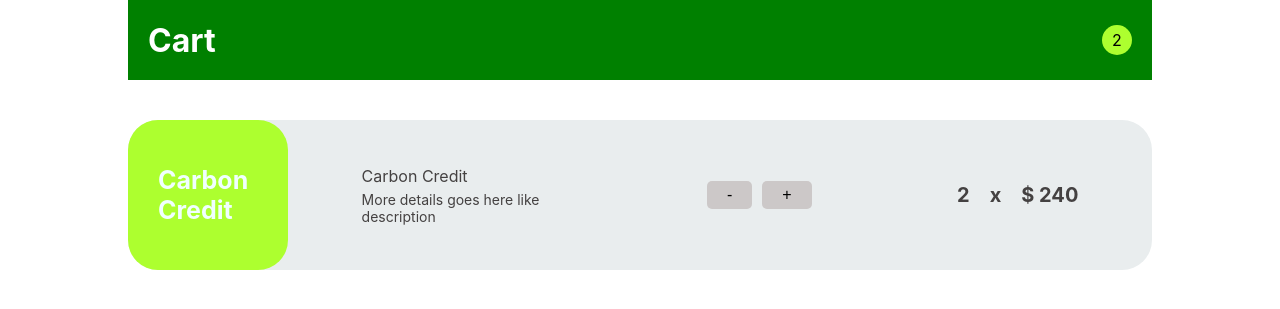
Repository: Yowani24/CarbonApp
Page: /cart
An editor plug-in stored every save of this project. The page is shown before and after the next save, followed by the edit.
The browser window is 1280 px wide. The pictures show the whole page.
The project was rebuilt for these pictures with package versions that can differ from the ones it lists, and the page was loaded fresh each time. The framework's server and built-in components were replaced by stand-ins that run in the browser. Also part of the build but not shown: next.config.js.

Above is the page before, as saved 2021-09-26 20:56:17.

### pages/_app.js
import '../styles/globals.css'
import Cart from './cart';

function MyApp({ Component, pageProps }) {
  return (
    <>
      <Component {...pageProps} />
    </>
  );
}

export default MyApp

### pages/cart/index.js
import React from 'react';
import Head from 'next/head'

import styles from './Cart.module.css'

export default function Cart(props) {
    return (
        <>
          <Head>
              <title>Cart</title>
          </Head>
          <header>
              <div className={styles.interface}>
                    <div className={styles.header_content}>
                        <h1>Cart</h1>
                        <p>2</p>
                    </div>
              </div>
          </header>

          <section>
              <div className={styles.interface}>
                  <div className={styles.boxes}>
                      <div className={styles.content_box}>
                          <div className={styles.box}>
                              <h3>Carbon Credit</h3>
                          </div>

                          <div className={styles.product_details}>
                            <div className={styles.description}>
                                <p>Carbon Credit</p>
                                <p>More details goes here like description</p>
                            </div>

                            <div className={styles.quantity_controls}>
                                <button>-</button>
                                <button>+</button>
                            </div>

                            <div className={styles.current_money}>
                                <p>2</p>
                                <span>x</span>
                                <p>$ 240</p>
                            </div>
                          </div>
                      </div>
                  </div>
              </div>
          </section>
        </>
    )
}

### styles/globals.css
html,
body {
  padding: 0;
  margin: 0;
  font-family: -apple-system, BlinkMacSystemFont, Segoe UI, Roboto, Oxygen,
    Ubuntu, Cantarell, Fira Sans, Droid Sans, Helvetica Neue, sans-serif;
}

a {
  color: inherit;
  text-decoration: none;
}

* {
  margin: 0;
  box-sizing: border-box;
}

### pages/cart/Cart.module.css
.interface{
    width: 80%;
    margin: 0 auto;
}
.header_content{
    display: flex;
    justify-content: space-between;
    align-items: center;
    height: 80px;
    padding: 0 20px;
    background: green;
}
.header_content h1{
    color: #FFFFFF;
}
.header_content p{
    background: greenyellow;
    display: flex;
    justify-content: center;
    align-items:center;
    width: 30px;
    height: 30px;
    border-radius: 100%;
}


.boxes{
    margin-top: 40px;
}
.content_box{
    width: 100%;
    height: 150px;
    background:rgb(233, 237, 238);
    border-radius: 30px;

    display: flex;
    align-items:center;
}
.box{
    width: 160px;
    background: greenyellow;
    height: 100%;
    border-radius: 30px;

    display: flex;
    justify-content: center;
    align-items: center;
}
.box h3{
    font-size: 25px;
    width: 100px;
    color: azure;
}
.product_details{
    display: flex;
    justify-content: space-between;
    align-items: center;
    width: 70%;
    margin: 0 auto;
    color: hsl(0, 2%, 26%);
}
.description p:nth-child(2){
    width: 200px;
    margin-top: 5px;
    font-size: 14px;
}
.quantity_controls button{
    border: none;
    padding: 5px 20px;
    margin: 0 5px;
    border-radius: 5px;
    font-size: 16px;
    background: rgb(204, 200, 200);
}
.quantity_controls button:active{
    background: rgb(148, 146, 146);
}
.current_money{
    display: flex;
    font-size: 20px;
    font-weight: bold;
}
.current_money span{
    padding: 0 20px;
}

After the next save:
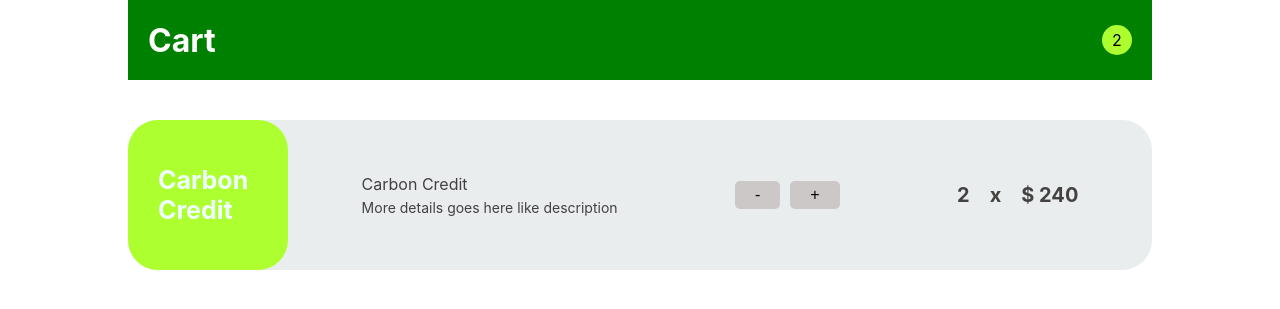
Saved 12 s later.
--- a/pages/cart/Cart.module.css
+++ b/pages/cart/Cart.module.css
@@ -60,7 +60,6 @@
     color: hsl(0, 2%, 26%);
 }
 .description p:nth-child(2){
-    width: 200px;
     margin-top: 5px;
     font-size: 14px;
 }
